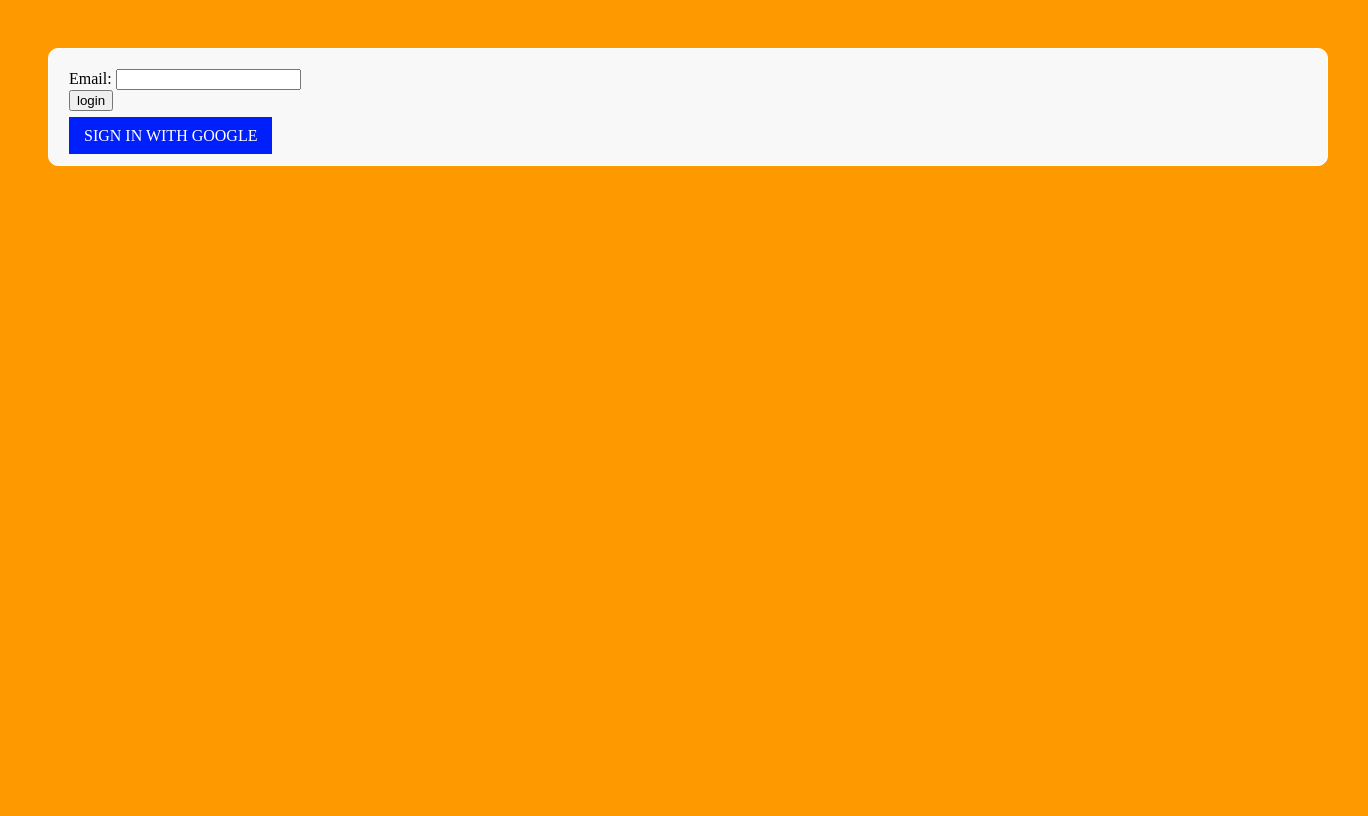
Repository: TharanyaM/Adaptavant--project
Page: Project/war/index.html
The author's editor kept a copy of each file at every save. The page is drawn from the files as they stood at one save, then again after the next save.
The browser window is 1280 px wide. The page is 1368 px wide, so the pictures cover 1368 px, including what lies to the right of the window. The pictures show the whole page.
The pointer rests on the first visible `div.login-container a.signin`.

Above is the page before, as saved 2015-10-23 21:00:19.

### Project/war/index.html
<!DOCTYPE HTML PUBLIC "-//W3C//DTD HTML 4.01 Transitional//EN">
<!-- The HTML 4.01 Transitional DOCTYPE declaration-->
<!-- above set at the top of the file will set     -->
<!-- the browser's rendering engine into           -->
<!-- "Quirks Mode". Replacing this declaration     -->
<!-- with a "Standards Mode" doctype is supported, -->
<!-- but may lead to some differences in layout.   -->

<html>
  <head>
    <meta http-equiv="content-type" content="text/html; charset=UTF-8">
    <link href="style/style.css" rel="stylesheet">
    <title>Hello</title>
  </head>

  <body>
   <body>
   <div class="login-container">
		<form action="pro" method="post" name="form1">
			<label>Email:</label>
			 <input name="email" id="email" type="text"> <br>

			 <input type="submit" value="login">
		</form>
		<a href="oaut.jsp" class="signin">SIGN IN WITH GOOGLE</a>
	</div>
</body>
  </body>
</html>

### Project/war/style/style.css
@CHARSET "ISO-8859-1";

body {
	padding:40px;
	width:100%;
	height:100%;
	background-color:#F90;
}

div.login-container {
	background-color:#f8f8f8;
	border:thin #fff solid;
	border-radius:10px;
	color:#000;
	padding:20px;
}

div.login-container a.signin
{
	padding:10px;
	padding-left:20px;
	padding-right:20px;
	color:#fff;
	background-color:#0010f6;
	text-decoration:none;
}

div.login-container a.signin:hover
{
	padding:10px;
	padding-left:15px;
	padding-right:15px;
	color:#fff;
	background-color:#001ffb;
	text-decoration:none;
}

After the next save:
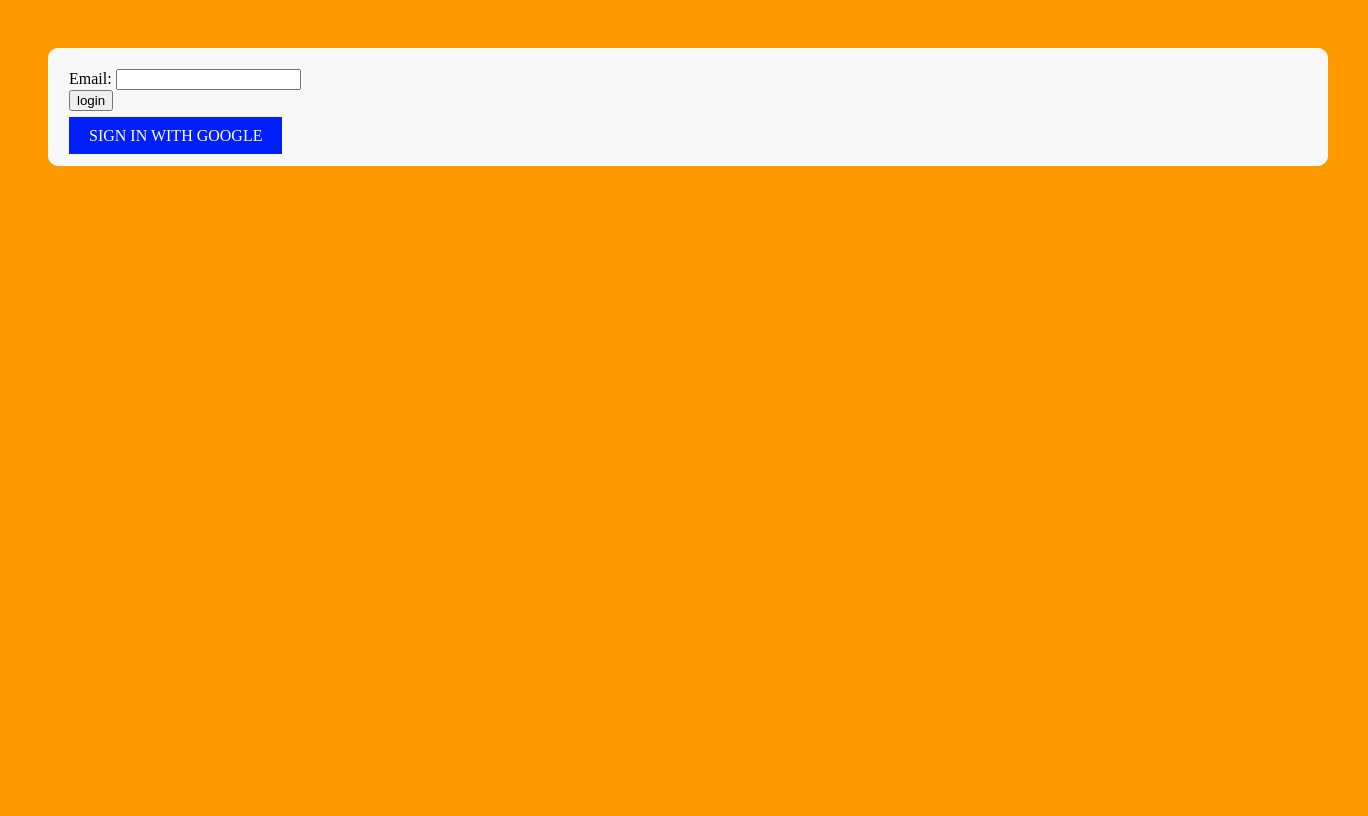
Saved 29 s later.
--- a/Project/war/style/style.css
+++ b/Project/war/style/style.css
@@ -28,8 +28,8 @@ div.login-container a.signin
 div.login-container a.signin:hover
 {
 	padding:10px;
-	padding-left:15px;
-	padding-right:15px;
+	padding-left:20px;
+	padding-right:20px;
 	color:#fff;
 	background-color:#001ffb;
 	text-decoration:none;
